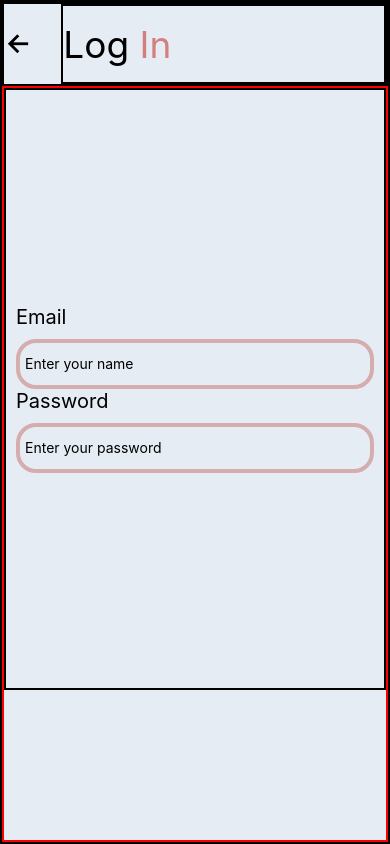
Repository: kgayathridevi/pregband
Screen: /Log
These files come from the project's save history. The screen is drawn as it stood at one moment and after the next save; the edit follows.
The app was drawn by React Native's web renderer in a window 390 px wide. The project was rebuilt for these pictures with package versions that can differ from the ones it lists, and the page was loaded fresh each time. Also part of the build but not shown: component/SignUpScreen.jsx, component/Home.jsx.

Above is the screen before, as saved 2023-04-28 15:11:18.

After the next save:
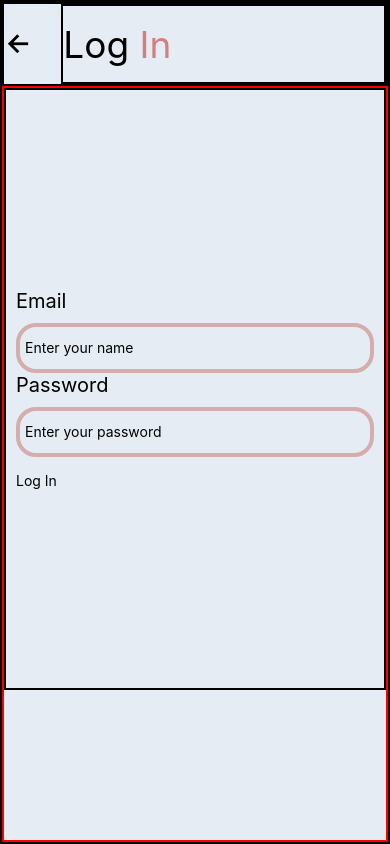
Saved 44 s later.
--- a/component/LogInScreen.jsx
+++ b/component/LogInScreen.jsx
@@ -30,6 +30,12 @@ const LogInScreen = ({ navigation }) => {
 
           <Text style={{ fontSize: 20 }}>Password</Text>
           <TextInput style={styles.textInp} placeholder="Enter your password" />
+
+          <View style={{ marginTop: 15 }}>
+            <TouchableOpacity>
+              <Text>Log In</Text>
+            </TouchableOpacity>
+          </View>
         </View>
         <View></View>
       </View>
